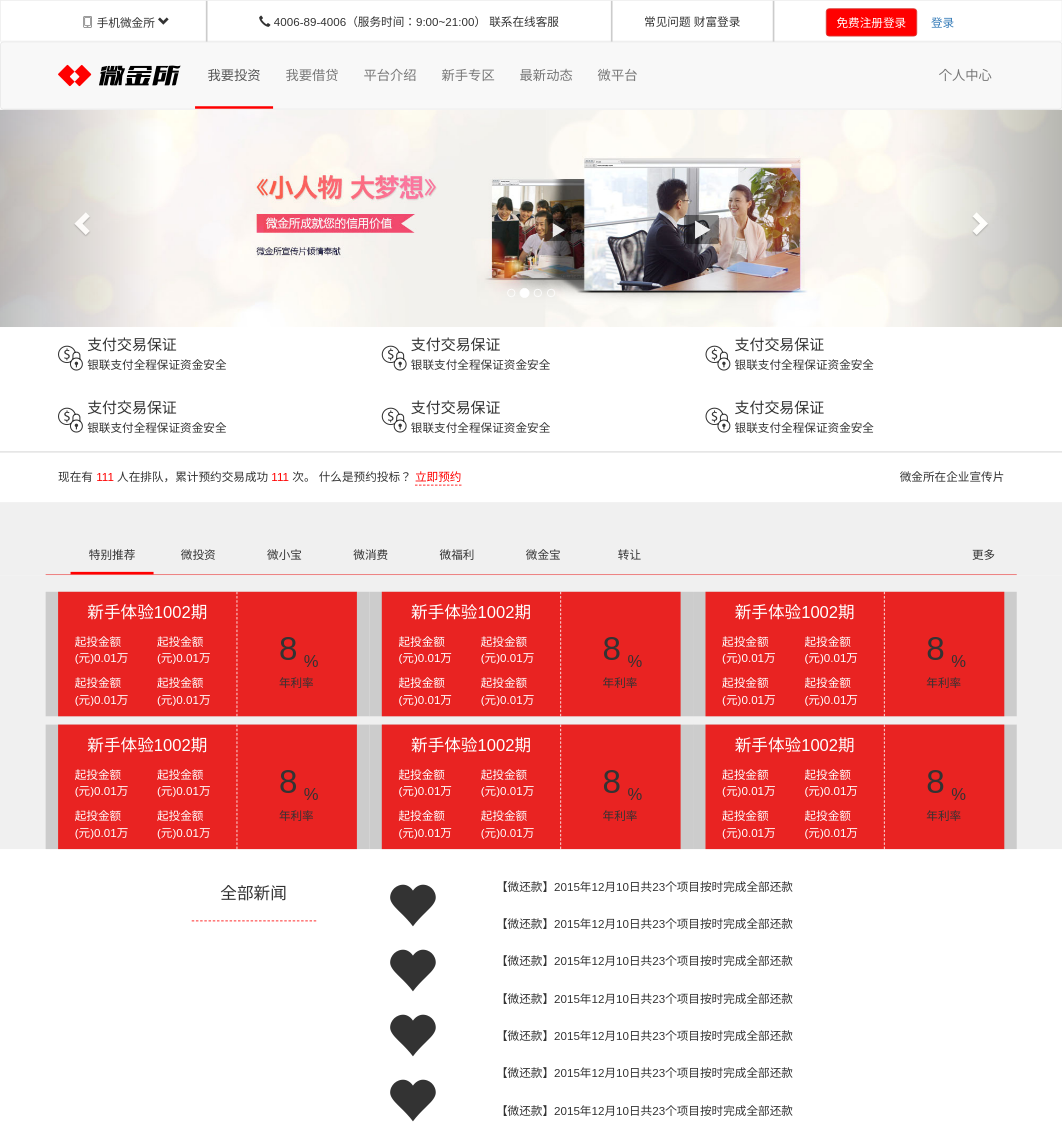
Repository: pwy114pwy/project_02
Page: 菜单.html
These files come from the project's save history. The page is drawn as it stood at one moment and after a run of saves; the edit follows.
The browser window is 1280 px wide. The pictures show the whole page, at 83% of full size.
The style sheet was rebuilt from its Sass, Less or Tailwind sources for each picture, by a compiler version that may differ from the author's.

Above is the page before, as saved 2022-11-23 18:11:09.

### 菜单.html
<!DOCTYPE html>
<html lang="en">

<head>
    <!-- 页面的编码格式 -->
    <meta charset="UTF-8">
    <!-- 为了使IE浏览器以最新浏览器edge来渲染页面 -->
    <meta http-equiv="X-UA-Compatible" content="IE=edge">
    <!-- 视口vp，针对于移动端 -->
    <meta name="viewport" content="width=device-width, initial-scale=1.0">
    <!-- 引入Bootstrap框架的CSS样式 -->
    <link rel="stylesheet" href="./lib/bootstrap/css/bootstrap.css">
    <link rel="stylesheet" href="./css/base.css">
    <link rel="stylesheet" href="./css/01.css">
    <title>Document</title>
</head>

<body>
    <header class="wjs-top hidden-xs hidden-sm">
        <div class="container">
            <div class="row">
                <div class="col-md-2">
                    <a href="">
                        <span class="wjs_icon wjs_icon_phone"></span>
                        <span>手机微金所</span>
                        <span class="glyphicon glyphicon-chevron-down"></span>
                        <img src="./images/code.jpg" alt="">
                    </a>
                </div>
                <div class="col-md-5">
                    <span class="glyphicon glyphicon-earphone"></span>
                    <span>4006-89-4006（服务时间：9:00~21:00） 联系在线客服</span>
                </div>
                <div class="col-md-2">
                    <a href="">常见问题</a>
                    <a href="">财富登录</a>
                </div>
                <div class="col-md-3">
                    <button type="button" class="btn btn-danger">免费注册登录</button>


                    <button type="button" class="btn btn-link">登录</button>
                </div>
            </div>
        </div>
    </header>


    <nav class="navbar navbar-default wjs-navbar">
        <div class="container">
            <!-- Brand and toggle get grouped for better mobile display -->
            <div class="navbar-header">
                <button type="button" class="navbar-toggle collapsed" data-toggle="collapse"
                    data-target="#bs-example-navbar-collapse-1" aria-expanded="false">
                    <span class="sr-only">Toggle navigation</span>
                    <span class="icon-bar"></span>
                    <span class="icon-bar"></span>
                    <span class="icon-bar"></span>
                </button>
                <a class="navbar-brand" href="#">
                    <span class="wjs_icon wjs_icon_logo"></span>
                    <span class="wjs_icon wjs_icon_text"></span>
                </a>
            </div>

            <!-- Collect the nav links, forms, and other content for toggling -->
            <div class="collapse navbar-collapse" id="bs-example-navbar-collapse-1">
                <ul class="nav navbar-nav wjs-navbar-nav">
                    <li class="active"><a href="#">我要投资 <span class="sr-only">(current)</span></a></li>
                    <li><a href="#">我要借贷</a></li>
                    <li><a href="#">平台介绍</a></li>
                    <li><a href="#">新手专区</a></li>
                    <li><a href="#">最新动态</a></li>
                    <li><a href="#">微平台</a></li>

                </ul>

                <ul class="nav navbar-nav navbar-right">
                    <li><a href="#">个人中心</a></li>

                </ul>
            </div><!-- /.navbar-collapse -->
        </div><!-- /.container-fluid -->
    </nav>

    <div class="lunbo visible-md visible-lg">
        <div id="carousel-example-generic" class="carousel slide" data-ride="carousel">
            <!-- Indicators -->
            <ol class="carousel-indicators">
              <li data-target="#carousel-example-generic" data-slide-to="0" class="active"></li>
              <li data-target="#carousel-example-generic" data-slide-to="1"></li>
              <li data-target="#carousel-example-generic" data-slide-to="2"></li>
              <li data-target="#carousel-example-generic" data-slide-to="3"></li>
            </ol>

            <!-- Wrapper for slides -->
            <div class="carousel-inner" role="listbox">
              <div class="item active">
                <img src="./images/slide_01_2000x410.jpg" alt="...">
                <div class="carousel-caption">

                </div>
              </div>
              <div class="item">
                <img src="./images/slide_02_2000x410.jpg" alt="...">
                <div class="carousel-caption">

                </div>
              </div>
              <div class="item">
                <img src="./images/slide_03_2000x410.jpg" alt="...">
                <div class="carousel-caption">

                </div>
              </div>
              <div class="item">
                <img src="./images/slide_04_2000x410.jpg" alt="...">
                <div class="carousel-caption">

                </div>
              </div>

            </div>

            <!-- Controls -->
            <a class="left carousel-control" href="#carousel-example-generic" role="button" data-slide="prev">
              <span class="glyphicon glyphicon-chevron-left" aria-hidden="true"></span>
              <span class="sr-only">Previous</span>
            </a>
            <a class="right carousel-control" href="#carousel-example-generic" role="button" data-slide="next">
              <span class="glyphicon glyphicon-chevron-right" aria-hidden="true"></span>
              <span class="sr-only">Next</span>
            </a>
          </div>
    </div>

    <div class="baozhang">
        <div class="container">
            <div class="row">
                <div class="col-sm-6 col-md-4">
                    <span class="wjs_icon wjs_icon_E900"></span>
                    <div class="right">
                        <a href="">支付交易保证</a>
                        <a href="">银联支付全程保证资金安全</a>
                    </div>
                </div>
                <div class="col-sm-6 col-md-4">
                    <span class="wjs_icon wjs_icon_E900"></span>
                    <div class="right">
                        <a href="">支付交易保证</a>
                        <a href="">银联支付全程保证资金安全</a>
                    </div>
                </div>
                <div class="col-sm-6 col-md-4">
                    <span class="wjs_icon wjs_icon_E900"></span>
                    <div class="right">
                        <a href="">支付交易保证</a>
                        <a href="">银联支付全程保证资金安全</a>
                    </div>
                </div>
                <div class="col-sm-6 col-md-4">
                    <span class="wjs_icon wjs_icon_E900"></span>
                    <div class="right">
                        <a href="">支付交易保证</a>
                        <a href="">银联支付全程保证资金安全</a>
                    </div>
                </div>
                <div class="col-sm-6 col-md-4">
                    <span class="wjs_icon wjs_icon_E900"></span>
                    <div class="right">
                        <a href="">支付交易保证</a>
                        <a href="">银联支付全程保证资金安全</a>
                    </div>
                </div>
                <div class="col-sm-6 col-md-4">
                    <span class="wjs_icon wjs_icon_E900"></span>
                    <div class="right">
                        <a href="">支付交易保证</a>
                        <a href="">银联支付全程保证资金安全</a>
                    </div>
                </div>


            </div>

        </div>
    </div>

    <div class="paidui">
        <div class="container">
            <a href="">现在有</a>
            <p>111</p>
            <a href="">人在排队，累计预约交易成功</a>
            <p>111</p>
            <a href="">次。 什么是预约投标？ </a>
            <p class="yuyue">立即预约</p>
            <a href="" class="visible-lg">微金所在企业宣传片</a>
        </div>

    </div>


    <div class="xialiebiao">

        <div class="container">
            <div class="row">
                <div><a href="#">特别推荐 <span class="sr-only">(current)</span></a></div>
                <div><a href="#">微投资</a></div>
                <div><a href="#">微小宝</a></div>
                <div><a href="#">微消费</a></div>
                <div><a href="#">微福利</a></div>
                <div><a href="#">微金宝</a></div>
                <div><a href="#">转让</a></div>
                <div class="hidden-sm hidden-xs hidden-md"><a href="#">更多</a></div>
            </div>

        </div>




    </div>

    <div class="touzi">
        <div class="container">
            <div class="row">
                <div class="col-xs-12 col-sm-6  col-md-4">
                    <div>
                        <div class="left">
                            <div class="top">
                                <a href="">新手体验1002期</a>
                            </div>
                            <div class="bottom">
                                <p>起投金额(元)0.01万</p>
                                <p>起投金额(元)0.01万</p>
                                <p>起投金额(元)0.01万</p>
                                <p>起投金额(元)0.01万</p>
                            </div>
                        </div>
                        <div class="right">

                                <a href="">8</a>
                                <a href="">%</a>
                                <a href="">年利率</a>
                        </div>
                    </div>
                </div>

                <div class="col-xs-12 col-sm-6  col-md-4">
                    <div>
                        <div class="left">
                            <div class="top">
                                <a href="">新手体验1002期</a>
                            </div>
                            <div class="bottom">
                                <p>起投金额(元)0.01万</p>
                                <p>起投金额(元)0.01万</p>
                                <p>起投金额(元)0.01万</p>
                                <p>起投金额(元)0.01万</p>
                            </div>
                        </div>
                        <div class="right">

                                <a href="">8</a>
                                <a href="">%</a>
                                <a href="">年利率</a>
                        </div>
                    </div>
                </div>

                <div class="col-xs-12 col-sm-6  col-md-4">
                    <div>
                        <div class="left">
                            <div class="top">
                                <a href="">新手体验1002期</a>
                            </div>
                            <div class="bottom">
                                <p>起投金额(元)0.01万</p>
                                <p>起投金额(元)0.01万</p>
                                <p>起投金额(元)0.01万</p>
                                <p>起投金额(元)0.01万</p>
                            </div>
                        </div>
                        <div class="right">

                                <a href="">8</a>
                                <a href="">%</a>
                                <a href="">年利率</a>
                        </div>
                    </div>
                </div>

                <div class="col-xs-12 col-sm-6  col-md-4">
                    <div>
                        <div class="left">
                            <div class="top">
                                <a href="">新手体验1002期</a>
                            </div>
                            <div class="bottom">
                                <p>起投金额(元)0.01万</p>
                                <p>起投金额(元)0.01万</p>
                                <p>起投金额(元)0.01万</p>
                                <p>起投金额(元)0.01万</p>
                            </div>
                        </div>
                        <div class="right">

                                <a href="">8</a>
                                <a href="">%</a>
                                <a href="">年利率</a>
                        </div>
                    </div>
                </div>

                <div class="col-xs-12 col-sm-6  col-md-4">
                    <div>
                        <div class="left">
                            <div class="top">
                                <a href="">新手体验1002期</a>
                            </div>
                            <div class="bottom">
                                <p>起投金额(元)0.01万</p>
                                <p>起投金额(元)0.01万</p>
                                <p>起投金额(元)0.01万</p>
                                <p>起投金额(元)0.01万</p>
                            </div>
                        </div>
                        <div class="right">

                                <a href="">8</a>
                                <a href="">%</a>
                                <a href="">年利率</a>
                        </div>
                    </div>
                </div>

                <div class="col-xs-12 col-sm-6  col-md-4">
                    <div>
                        <div class="left">
                            <div class="top">
                                <a href="">新手体验1002期</a>
                            </div>
                            <div class="bottom">
                                <p>起投金额(元)0.01万</p>
                                <p>起投金额(元)0.01万</p>
                                <p>起投金额(元)0.01万</p>
                                <p>起投金额(元)0.01万</p>
                            </div>
                        </div>
                        <div class="right">

                                <a href="">8</a>
                                <a href="">%</a>
                                <a href="">年利率</a>
                        </div>
                    </div>
                </div>

            </div>
        </div>
    </div>

    <div class="news">
        <div class="container">
            <div class="row">
                <div class="col-lg-4 col-push-3">
                    <a href="">全部新闻</a>
                </div>

                <div class="col-lg-1">
                    <ul>
                        <li class="glyphicon glyphicon-heart"></li>
                        <li class="glyphicon glyphicon-heart"></li>
                        <li class="glyphicon glyphicon-heart"></li>
                        <li class="glyphicon glyphicon-heart"></li>

                    </ul>
                </div>
                <div class="col-lg-7">
                    <div>
                        <ul>
                            <li><a href="">【微还款】2015年12月10日共23个项目按时完成全部还款</a></li>
                            <li><a href="">【微还款】2015年12月10日共23个项目按时完成全部还款</a></li>
                            <li><a href="">【微还款】2015年12月10日共23个项目按时完成全部还款</a></li>
                            <li><a href="">【微还款】2015年12月10日共23个项目按时完成全部还款</a></li>
                            <li><a href="">【微还款】2015年12月10日共23个项目按时完成全部还款</a></li>
                            <li><a href="">【微还款】2015年12月10日共23个项目按时完成全部还款</a></li>
                            <li><a href="">【微还款】2015年12月10日共23个项目按时完成全部还款</a></li>

                        </ul>
                    </div>
                </div>
            </div>
        </div>
    </div>


    <script src="./lib/jquery/jquery.js"></script>
    <script src="./lib/bootstrap/js/bootstrap.js"></script>
</body>

</html>

### css/01.less
.wjs-top {
    line-height: 50px;
    height: 50px;
    border: 1px solid #eee;

    .row {
        >div {
            text-align: center;
            height: 50px;

            &:nth-child(-n+3) {
                border-right: 2px solid #ccc;
            }

            a {
                position: relative;
                display: block;

                &:hover {
                    img {
                        z-index: 999;
                        display: block;
                    }
                }

                img {
                    display: none;
                    position: absolute;
                    top: 50px;
                    left: 26px;
                    border: 1px solid #ccc;
                    border-top: 0;
                }

            }

            &:nth-child(3) {
                a {
                    display: inline;
                }
            }

            &:nth-child(4) {
                button {
                    &:nth-child(1) {
                        background-color: red;
                    }
                }
            }

        }

    }
}

.wjs-navbar {
    margin-bottom: 0;
    .wjs-navbar-nav {
        a {
            height: 80px;
            line-height: 50px;
            font-size: 16px;

            &:hover {
                border-bottom: 3px solid red;
            }
        }

        .active {
            a {
                border-bottom: 3px solid red;
                background-color: transparent;

                &:hover {
                    background-color: transparent;

                }
            }
        }
    }

    .navbar-header {
        button {
            margin-top: 24px;
        }
    }

    .navbar-right {
        li {
            a {
                height: 80px;
                line-height: 50px;
                font-size: 16px;

                &:hover {
                    border-bottom: 3px solid red;
                }
            }
        }
    }

    .navbar-brand {
        span {
            height: 80px;
            line-height: 50px;
            font-size: 40px;

            &:nth-child(1) {
                color: red;
            }

            &:nth-child(2) {
                color: black;
            }
        }
    }
}


.baozhang {
    border-bottom: 1px solid #ccc;
    // position: relative;
    // height: 150px;
    // background-color: aqua;
    .row {
        div {
            // width: 390px;
            height: 75px;

            // background-color: rgb(180, 73, 73);

            span {
                line-height: 75px;
                display: inline-block;
                font-size: 30px;
            }

            .right {
                // width: 300px;
                position: absolute;
                top: 10px;
                left: 50px;
                height: 50px;

                // background-color: antiquewhite;
                a:nth-child(1) {
                    font-size: 18px;
                    display: block;
                    // background-color: aqua;
                }
            }
        }
    }
}

.paidui {
    position: relative;
    // display: flex;
    // top: 20px;

    // height: 60px;
    // background-color: blueviolet;
    a{
        height: 60px;
        line-height: 60px;
    }
    a:last-child {

        float: right;
    }

    p {
        height: 20px;
        line-height: 35 px;
        display: inline-block;
        color: red;
    }
    .yuyue{
        border-bottom: 1px dashed red;
    }
}

.xialiebiao {
    .container{
        border-bottom: 1px solid rgb(237, 73, 73);
    }
    background-color: #f0f0f0;
    // height: 90px;
    padding-top: 40px;
    .row{
        position: relative;
        left: 30px;
        div{
            text-align: center;
            display: inline-block;
            width: 100px;
            height: 47px;
            line-height: 47px;
            // background-color: antiquewhite;
            &:first-child{
                border-bottom: 3px solid red;
            }
            &:last-child{
                position: absolute;
                left: 1050px;
            }
            &:hover{
                border-bottom: 3px solid red;

            }
        }
    }
}
.touzi{

    background-color: #f0f0f0;

    .row{
        padding-top: 10px;
        >div{
            margin-top: 10px;
            position: relative;
            display: inline-block;
            // width: 390px;
            height: 150px;
            // border: 1px solid red;
            background-color: #ccc;
            >div{
                // width: 360px;
                height: 150px;
                display: flex;
                background-color: #e92322;
                .left{

                    width: 60%;
                    height: 150px;
                    border-right: 1px dashed white;

                    .top{
                        text-align: center;
                        height: 50px;
                        line-height: 50px;
                        a{
                            color: white;
                            font-size: 20px;
                        }
                        // background-color: azure;
                    }
                    .bottom{
                        // display: flex;
                        p{

                            margin-left: 20px;
                            // float: left;
                            // flex-wrap: wrap;
                            width: 35%;
                            height: 40px;
                            // background-color: #ccc;
                            display: inline-block;
                            // display: flex;
                            color: white;

                        }
                    }
                }
                .right{
                    position: relative;
                    width: 40%;
                    height: 150px;

                    a{
                        position: absolute;
                        display: inline-block;
                        &:first-child{
                            top: 40px;
                            left: 50px;
                            font-size: 40px;
                            // background-color: #e92322;
                        }
                        &:nth-child(2){
                            font-size: 20px;
                            top: 70px;
                            left: 80px;
                            // background-color: azure;
                        }
                        &:last-child{
                            top: 100px;
                            left:50px;
                        }
                    }

                }
            }
        }
    }
}
.news{
    margin-top: 20px;
    height: 320px;
    .row{
        div:nth-child(1){

            height: 66.7px;
            // background-color: #e92322;
           > a{  text-align: center;
                width: 150px;
                font-size: 20px;
                position: absolute;
                left: 45%;
                line-height: 66px;
                border-bottom: 1px dashed red;
            }
        }
        div:nth-child(2){

            // background-color: #22e961;
            ul{
                margin-left: -55px;
                display: flex;
                flex-wrap: wrap;
            }
            li{
                // float: left;
                // border-radius: 50%;
                margin-left: 20px;
                margin-top: 18px;
                list-style: none;
                width: 60px;
                height: 60px;
                // background-color: #e92322;
                font-size: 60px;
                &:hover{
                    background-color: #eee;
                }
            }
        }
        div:nth-child(3){
            height: 320px;
            // background-color: #2233e9;
            div{
                ul{

                }
                li{
                    margin-top: 5px;
                    list-style: none;
                    height: 40px;
                    // background-color: #e92322;
                    a{
                        line-height: 40px;
                        // display: inline-block;
                    }
                }
            }
        }
    }
}

Loaded but not shown: lib/bootstrap/css/bootstrap.css (library); lib/jquery/jquery.js (library); lib/bootstrap/js/bootstrap.js (library); css/base.css (120 lines, source omitted)

After the next 4 saves:
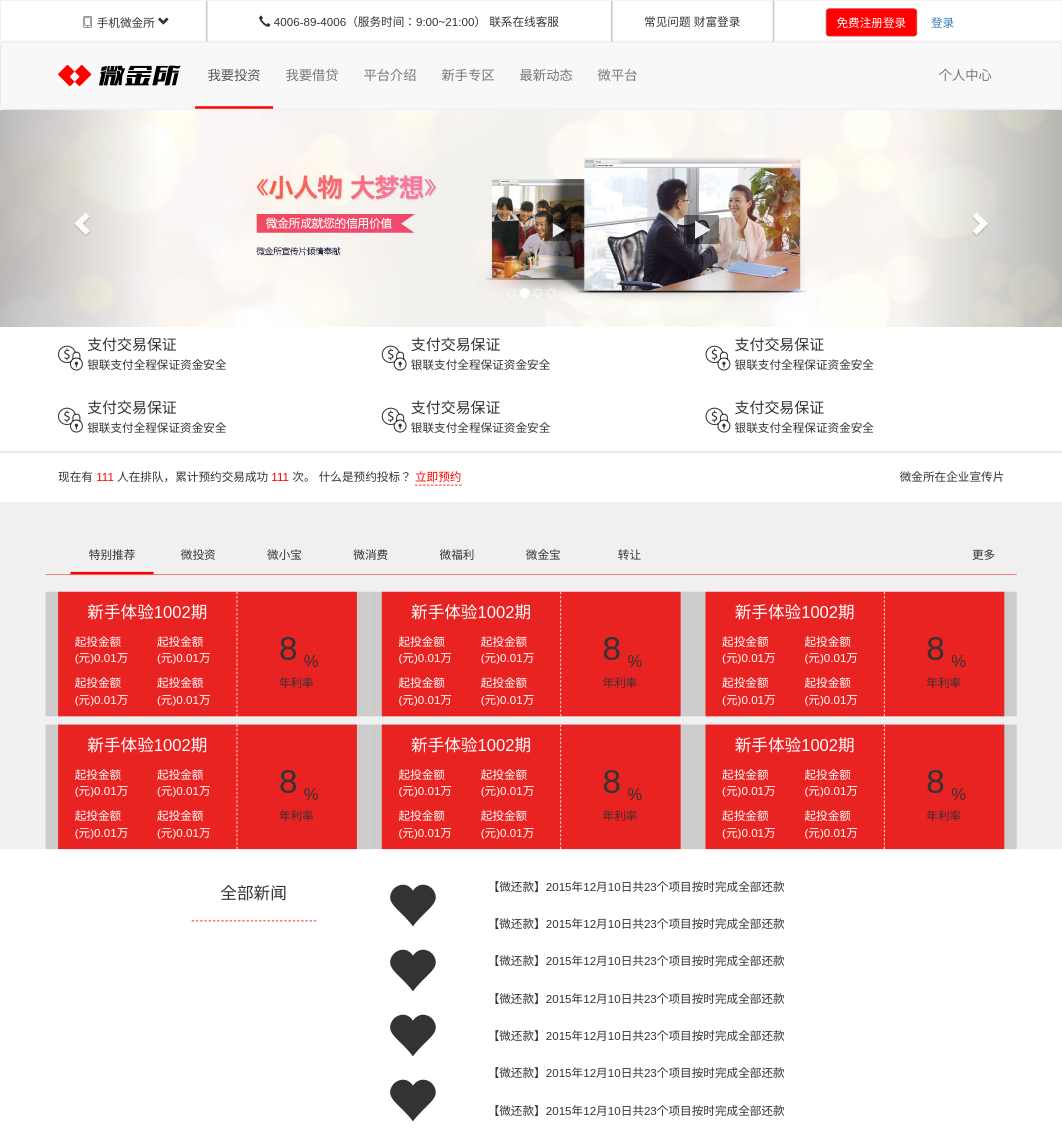
The 4 saves are shown as one change because they came seconds apart.
The last was saved 13 s later.
--- a/css/01.less
+++ b/css/01.less
@@ -339,7 +339,7 @@
             // background-color: #2233e9;
             div{
                 ul{
-
+                    margin-left: -10px;
                 }
                 li{
                     margin-top: 5px;
